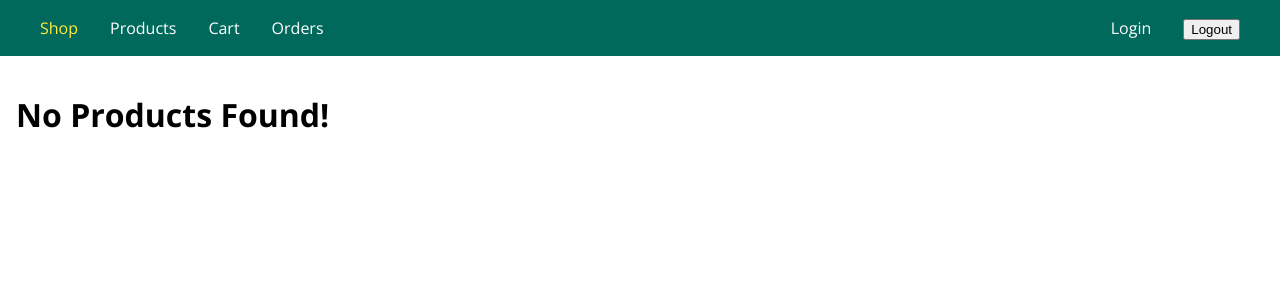
Repository: petref/RASPCODES
Page: http://localhost/
The author's editor kept a copy of each file at every save. The page is drawn from the files as they stood at one save, then again after the next save.
The browser window is 1280 px wide. The pictures show the whole page.
The page is served by the project's Node server (app.js). Queries for data that is not in the repository find no rows.

Above is the page before, as saved 2020-01-14 14:44:49.

After the next save:
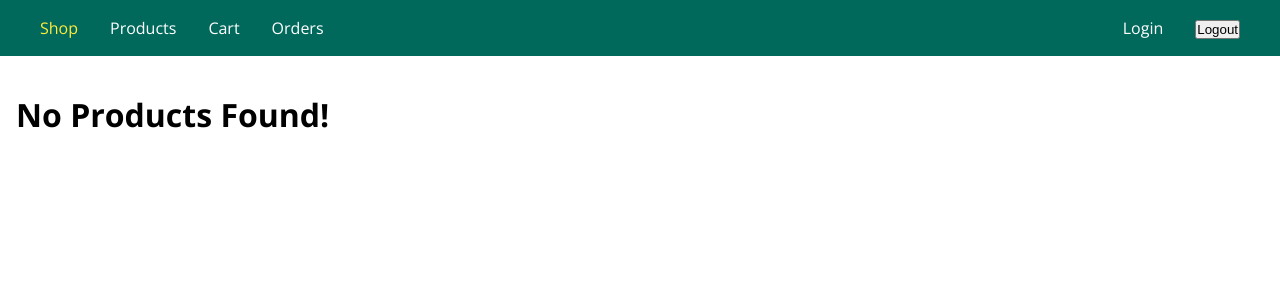
Saved 24 s later.
--- a/shopNode/views/includes/navigation.ejs
+++ b/shopNode/views/includes/navigation.ejs
@@ -31,9 +31,9 @@
             <li class="main-header__item">
                 <a class="<%= path === '/login' ? 'active' : '' %>" href="/login">Login</a>
             </li>
-            <li class="main-header__item">
+            <li>
                 <form action='/logout' method="post">
-                    <button type='submit'>Logout</button>
+                    <button class="main-header__item" type='submit'>Logout</button>
                 </form>
             </li>
         </ul>

After the save that followed:
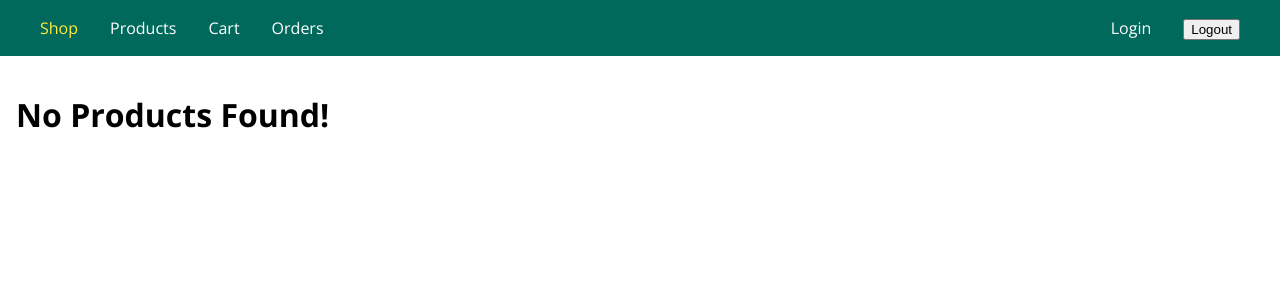
Saved 36 s later.
--- a/shopNode/views/includes/navigation.ejs
+++ b/shopNode/views/includes/navigation.ejs
@@ -31,9 +31,9 @@
             <li class="main-header__item">
                 <a class="<%= path === '/login' ? 'active' : '' %>" href="/login">Login</a>
             </li>
-            <li>
+            <li class="main-header__item">
                 <form action='/logout' method="post">
-                    <button class="main-header__item" type='submit'>Logout</button>
+                    <button type='submit'>Logout</button>
                 </form>
             </li>
         </ul>
